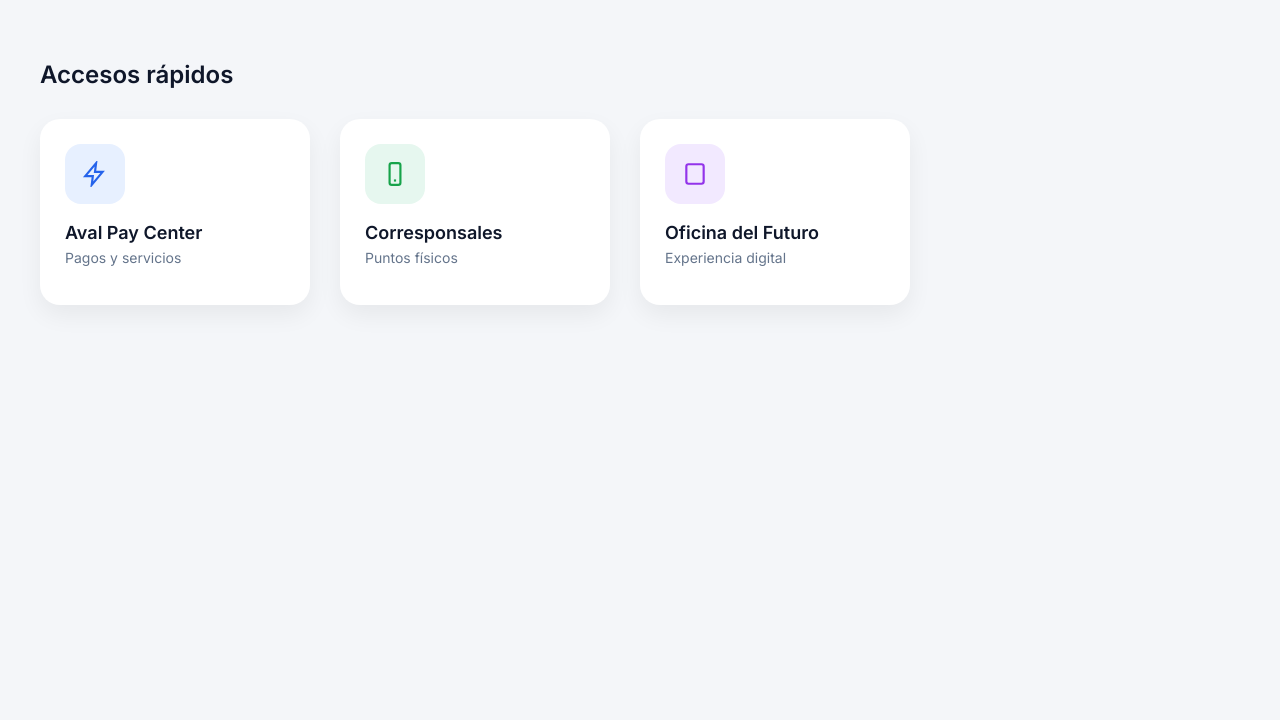
Repository: dalcava/Prototipos-Oficinas-del-futuro
Page: index.html
These files come from the project's save history. The page is drawn as it stood at one moment and after the next save; the edit follows.
The browser window is 1280 px wide. The pictures show the whole page.

Above is the page before, as saved 2026-02-13 00:11:53.

After the next save:
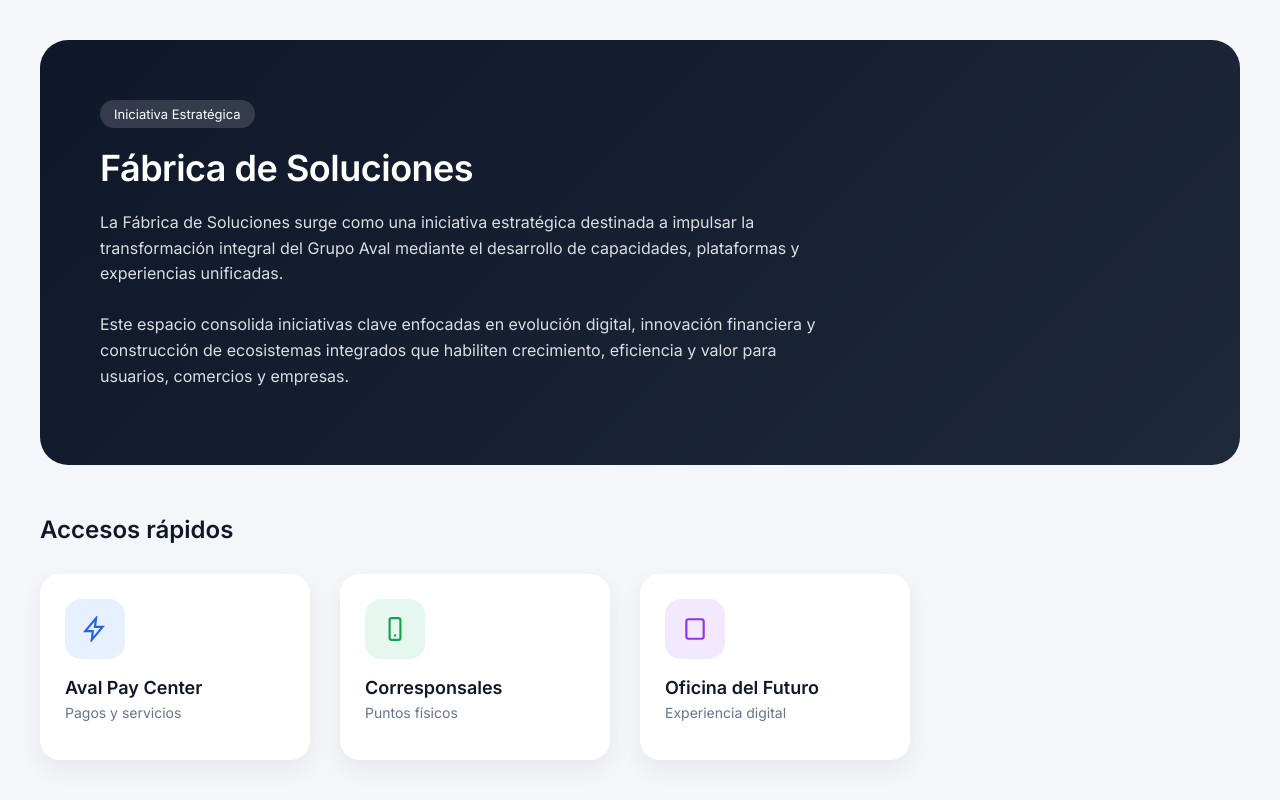
Saved 9 s later.
--- a/index.html
+++ b/index.html
@@ -4,6 +4,20 @@
 <meta charset="utf-8" />
 <meta name="viewport" content="width=device-width, initial-scale=1" />
 <title>Home</title>
+<div class="hero">
+  <div class="hero-badge">Iniciativa Estratégica</div>
+  <h1>Fábrica de Soluciones</h1>
+  <p>
+    La Fábrica de Soluciones surge como una iniciativa estratégica destinada a impulsar
+    la transformación integral del Grupo Aval mediante el desarrollo de capacidades,
+    plataformas y experiencias unificadas.
+    <br><br>
+    Este espacio consolida iniciativas clave enfocadas en evolución digital, innovación
+    financiera y construcción de ecosistemas integrados que habiliten crecimiento,
+    eficiencia y valor para usuarios, comercios y empresas.
+  </p>
+</div>
+
 
 <link href="https://fonts.googleapis.com/css2?family=Inter:wght@400;600&display=swap" rel="stylesheet">
 
